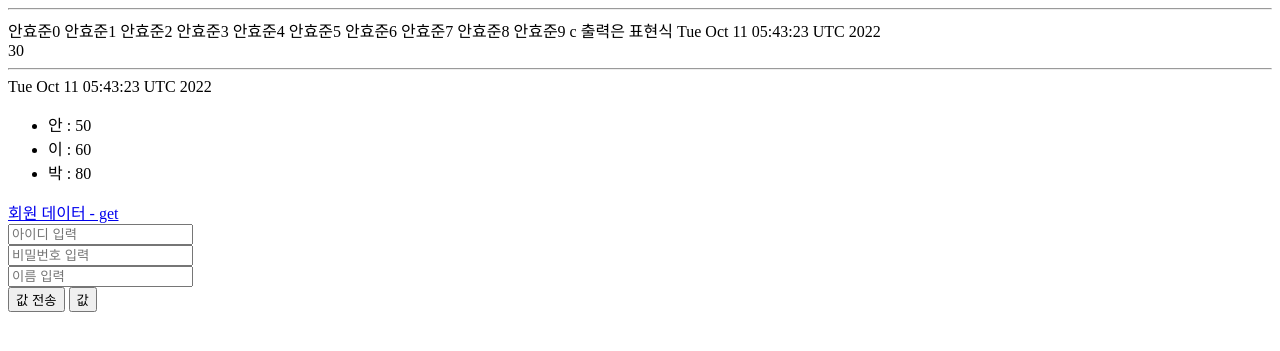
Repository: HyoJun-A/jsp
Page: http://localhost/practice01/
The author's editor kept a copy of each file at every save. The page is drawn from the files as they stood at one save, then again after the next save.
The browser window is 1280 px wide. The pictures show the whole page.
The page is served by Tomcat 9.

Above is the page before, as saved 2022-10-11 06:49:18.

### practice01/WebContent/index.jsp
<%@ page language="java" contentType="text/html; charset=UTF-8"
    pageEncoding="UTF-8"%>
<!-- 페이지 디렉티브 : @ page(내용) -->
<%@ page import="java.util.Date" %>
<!DOCTYPE html>
<html>
<head>
<meta charset="UTF-8">
<title>웹문서 테스트</title>
</head>
<body>
<%!
	//선언문 - 객체, 변수, 메소드 선언시
	//선언만 가능, 연산시 오류
	int[] score = {50, 60, 80};
	String[] names = {"안", "이", "박"};
	int a = 20;
	int b = 30;
	Date now = new Date();
%>
<hr>
<%
	//처리구문 -> 스크립트릿(scriptlet) : 자바코드
	//선언, 연산 가능
	int c;
	String name = "안효준";
	if(a>b){
		c = a;
	} else{
		c = b;
	}
	for(int d=0; d<10; d++){
		out.println(name+d);
	}
	out.println("c 출력은 표현식");
	out.println(now);
%>
<div id="result">
	<%=c %>
	<hr>
	<%=now %>
	<ul>
		<!-- for문을 따로 나눠서 사용하여 중간 값에 태그를 사용할 수 있다. -->
		<%
			for(int i=0; i<score.length; i++){
		%>
		<li><%=names[i] %> : <%=score[i] %></li>
		<%
			}
		%>
	</ul>
	<!-- get방식 -->
	<a href="test01.jsp?id=ahj&pw=1234&name=안효준">회원 데이터 - get</a>
	<form action="test02.jsp" method="post" name="login_from">
		<input name="id" id="id" placeholder="아이디 입력"><br>
		<input type="password" name="pw" id="pw" placeholder="비밀번호 입력"><br>
		<input name="name" id="name" placeholder="이름 입력"><br>
		<input type="submit" value="값 전송">
		<input type="submit" value="값">
	</form>
	<div id="msg">
		<%
			/* String msg = request.getParameter("msg"); */
		%>
	</div>
</div>

</body>
</html>

After the next save:
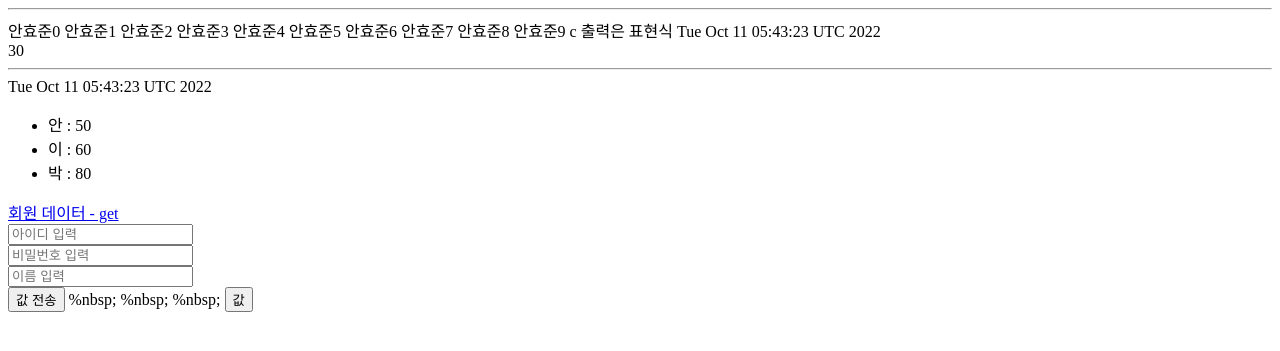
Saved 43 s later.
--- a/practice01/WebContent/index.jsp
+++ b/practice01/WebContent/index.jsp
@@ -55,7 +55,7 @@
 		<input name="id" id="id" placeholder="아이디 입력"><br>
 		<input type="password" name="pw" id="pw" placeholder="비밀번호 입력"><br>
 		<input name="name" id="name" placeholder="이름 입력"><br>
-		<input type="submit" value="값 전송">
+		<input type="submit" value="값 전송"> %nbsp; %nbsp; %nbsp;
 		<input type="submit" value="값">
 	</form>
 	<div id="msg">
